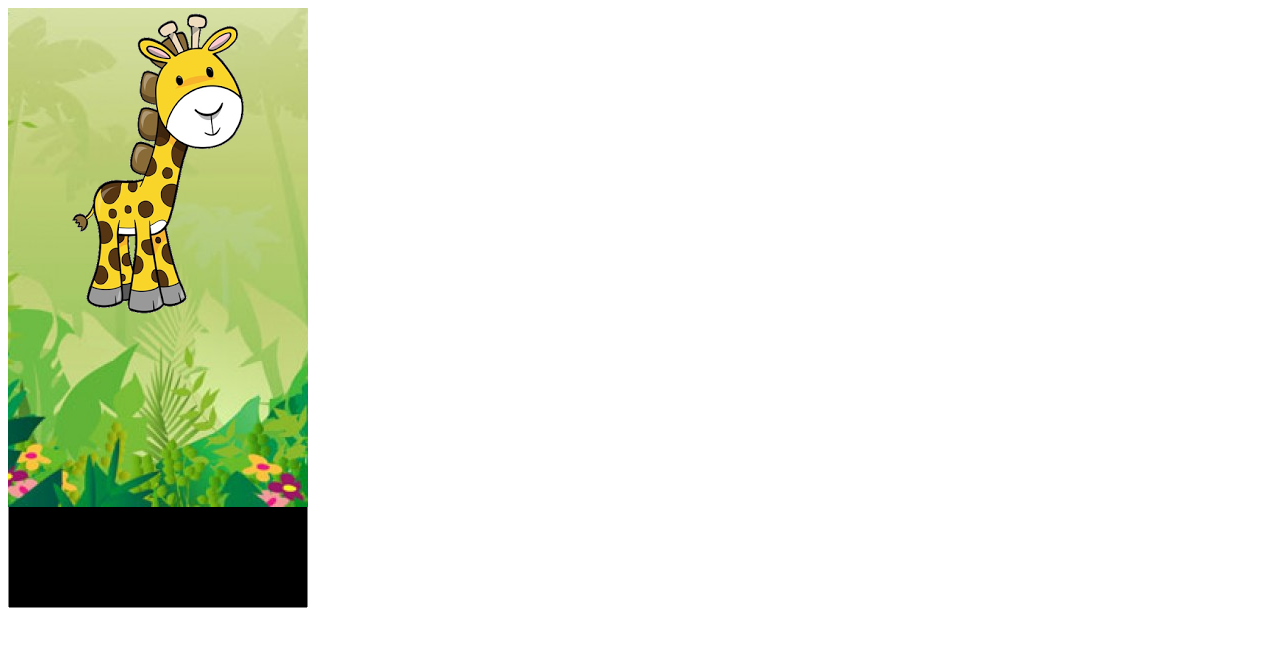
Repository: RathipriyaChandrasekaran/dotlite
Page: ConnectDots/homepage.html
An editor plug-in stored every save of this project. The page is shown before and after the next save, followed by the edit.
The browser window is 1280 px wide. The pictures show the whole page.

Above is the page before, as saved 2014-12-13 21:48:57.

### ConnectDots/homepage.html
<!DOCTYPE html>
<html>
<head>
     <meta charset="utf-8" />
     <meta name="viewport" content="width=device-width, initial-scale=1.0, maximum-scale=1.0">
     <link rel="stylesheet" type="text/css" href="css/appstyle.css"/>
     <script src="js/main.js"></script>
</head>
<body>

  <canvas id="canvas" width="300px" height="600px"></canvas>
   <script>
 var points=new Array();
 var canvas = document.getElementById('canvas');
 var context = canvas.getContext('2d');
 var height = 600;
 var width = 300;

 context.beginPath();
 context.rect(1, 1, width-2, height-2);
 context.fill();
 context.lineWidth = 1;
 context.strokeStyle = 'black';
 context.stroke();

 function loadCanvas(dataURL, _cb) {

     // load image from data url
     var imageObj = new Image();
     imageObj.onload = function() {
         var imgWidth = this.width;
         var imgHeight = this.height;
         var posX = (width - imgWidth)/2;
         var posY = (height - imgHeight)/2;
         context.drawImage(this, posX, 0);
         if (_cb) _cb();
     };

     imageObj.src = dataURL;
 }

loadCanvas("images/jungle.png", function() {
loadCanvas("images/girraffe.png");
});





 </script>





</body>
</html>

### ConnectDots/js/main.js
var startTime;
var checkTime;

//Initialize function
var init = function () {
	// TODO:: Do your initialization job
	console.log("init() called");

	// add eventListener for tizenhwkey
	document.addEventListener('tizenhwkey', function(e) {
		if(e.keyName == "back") {
			try {
				tizen.application.getCurrentApplication().exit();
			} catch (error) {
				console.error("getCurrentApplication(): " + error.message);
			}
		}
	});
};
// window.onload can work without <body onload="">
window.onload = init;

function startTime() {
	var today = new Date();
	var h = today.getHours();

	var m = today.getMinutes();
	var s = today.getSeconds();
	m = checkTime(m);
	s = checkTime(s);
	document.getElementById('divbutton1').innerHTML="Current time: " + h + ":" + m + ":" + s;
	var t = setTimeout(startTime, 250);
}

function checkTime(i) {
	if (i < 10) {
		i="0" + i;
	}
	return i;
}

Loaded but not shown: ConnectDots/css/appstyle.css (no copy from this time; the picture is the same without it)

After the next save:
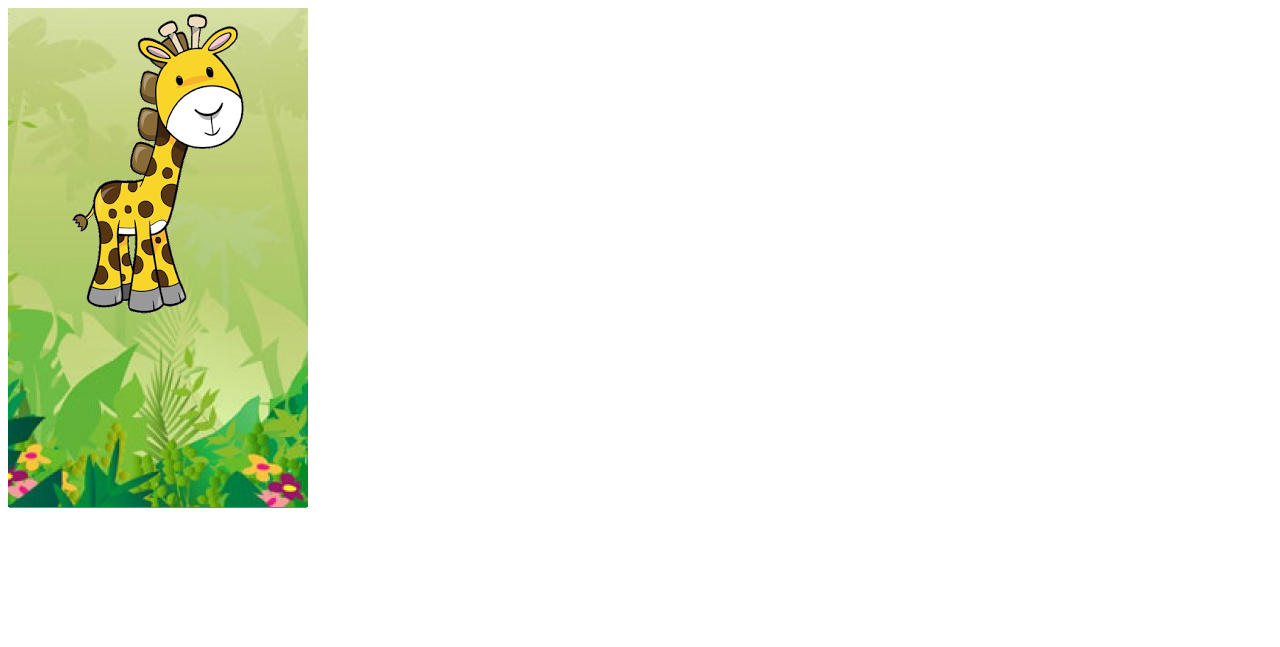
Saved 46 s later.
--- a/ConnectDots/homepage.html
+++ b/ConnectDots/homepage.html
@@ -8,12 +8,12 @@
 </head>
 <body>
 
-  <canvas id="canvas" width="300px" height="600px"></canvas>
+  <canvas id="canvas" width="300px" height="500px"></canvas>
    <script>
  var points=new Array();
  var canvas = document.getElementById('canvas');
  var context = canvas.getContext('2d');
- var height = 600;
+ var height = 500;
  var width = 300;
 
  context.beginPath();
